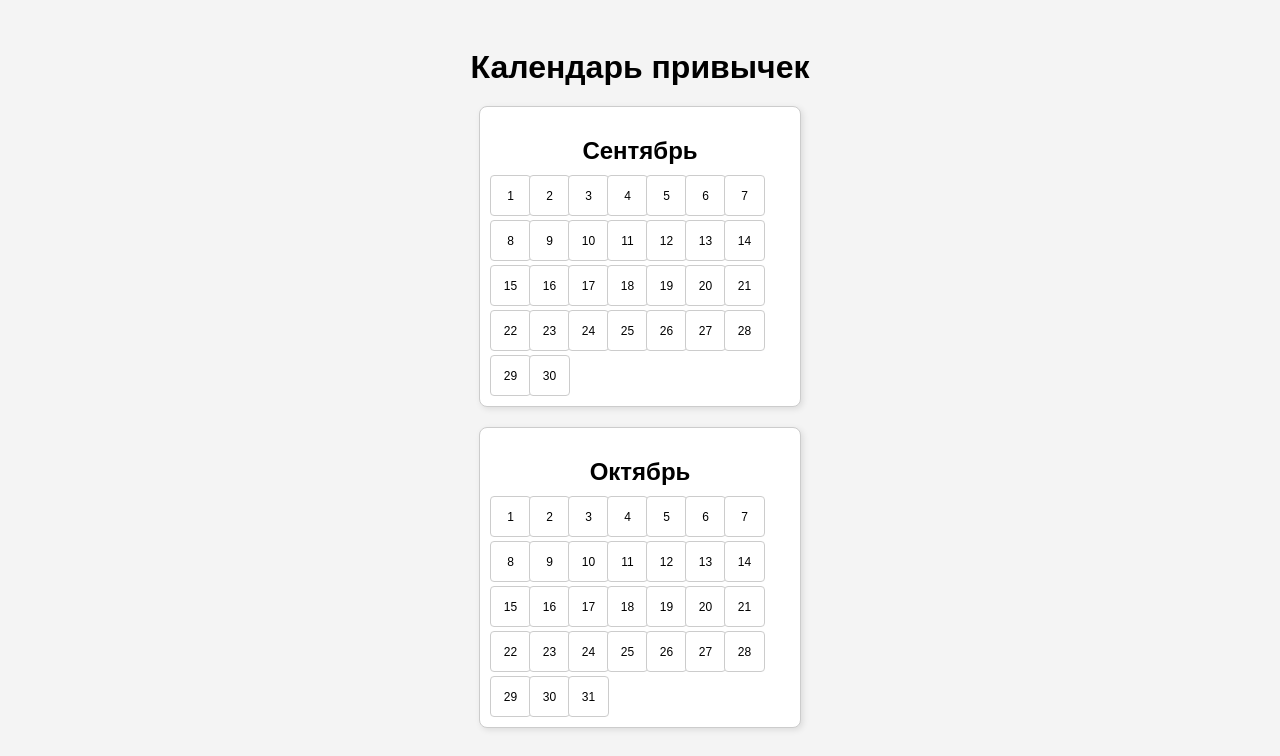
Repository: Pavel1776/doublecalendar
Page: index.html
An editor plug-in stored every save of this project. The page is shown before and after the next save, followed by the edit.
The browser window is 1280 px wide. The pictures show the whole page.

Above is the page before, as saved 2025-09-17 08:06:33.

After the next save:
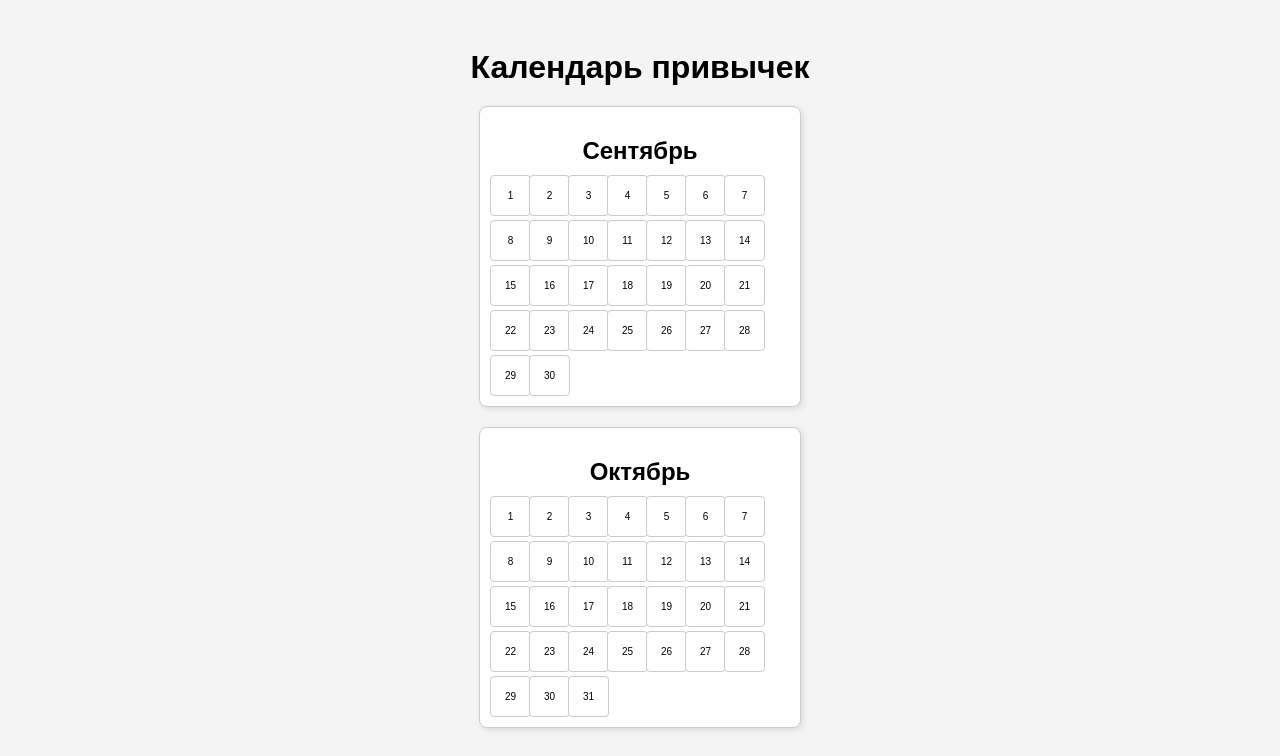
Saved 8 s later.
--- a/style.css
+++ b/style.css
@@ -1,4 +1,4 @@
-/* Базовые стили для страницы */
+/* Общие стили */
 body {
   font-family: Arial, sans-serif;
   background: #f4f4f4;
@@ -52,7 +52,7 @@
   justify-content: center;
   background: white;
   border: 1px solid #ccc;
-  font-size: 12px;
+  font-size: 10px;
   cursor: pointer;
   position: relative;
   border-radius: 4px;
@@ -61,18 +61,19 @@
 
 /* Блок привычки внутри дня */
 .habit {
-  font-size: 16px;
+  font-size: 12px;
   cursor: pointer;
   user-select: none;
+  line-height: 1;
 }
 
-/* Успех — зелёная галочка */
+/* Успех — зелёная прозрачная галочка */
 .habit.success {
-  color: rgba(0, 200, 0, 0.6); /* зелёный полупрозрачный */
+  color: rgba(0, 200, 0, 0.6);
 }
 
 .habit.success::before {
-  content: "✔";
+  content: "✔ ";
 }
 
 /* Пропуск / неудача — красный крестик */
@@ -81,5 +82,5 @@
 }
 
 .habit.fail::before {
-  content: "✖";
+  content: "✖ ";
 }
